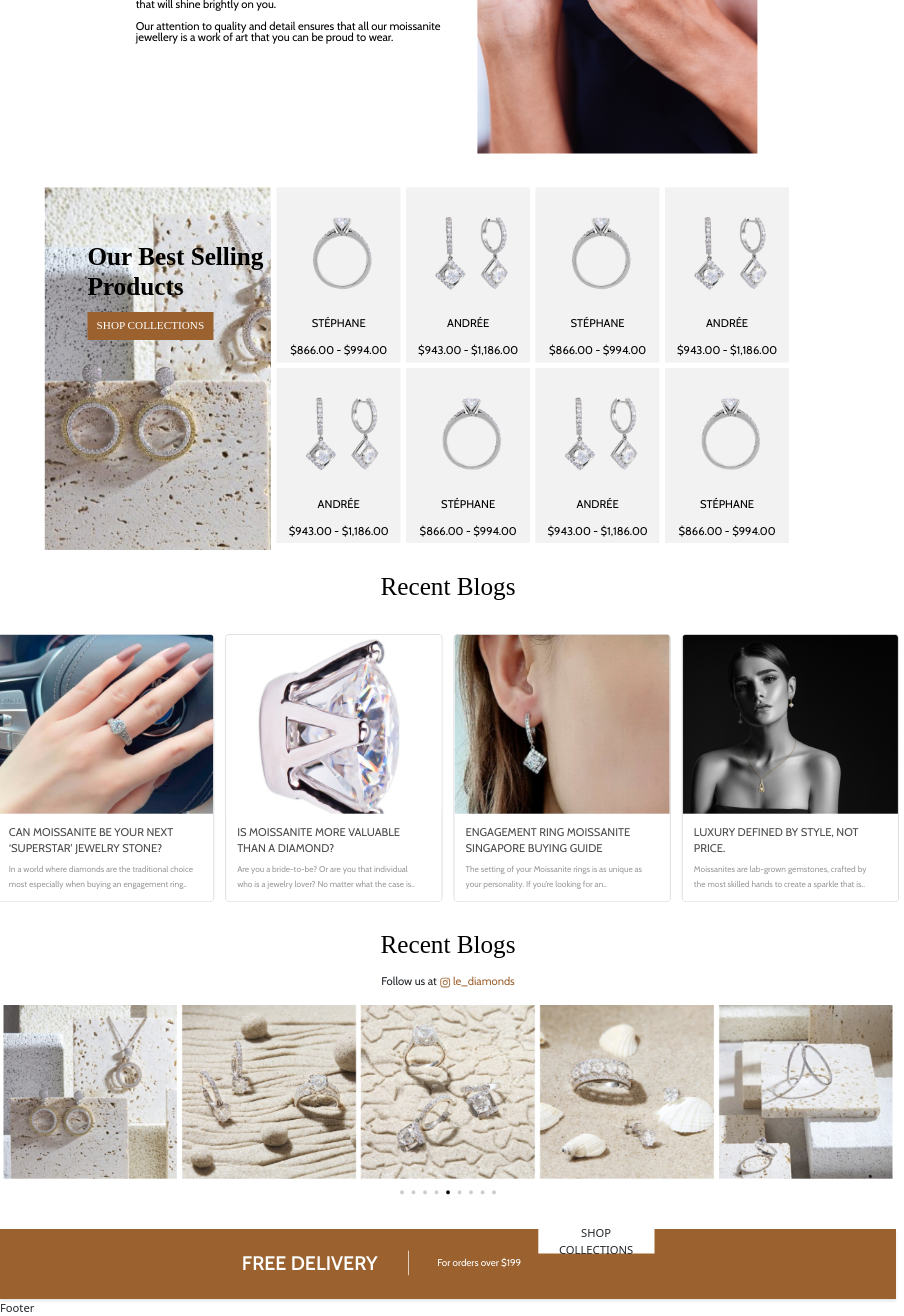
Repository: farrelmuhammad/lediamonds-vi8e
Page: /
The author's editor kept a copy of each file at every save. The page is drawn from the files as they stood at one save, then again after the next save.
The browser window is 1280 px wide. The page is 1292 px wide, so the pictures cover 1292 px, including what lies to the right of the window. The pictures show the part of the page from y = 2074 to 3954 px (the page is 3954 px tall), at 70% of full size.
The project was rebuilt for these pictures with package versions that can differ from the ones it lists, and the page was loaded fresh each time. Also part of the build but not shown: src/App.css.

Above is the page before, as saved 2022-09-17 15:47:05.

### src/index.css
@import url('https://fonts.googleapis.com/css2?family=Cabin:wght@400;500;600&display=swap');

body {
  margin: 0;
  font-family: -apple-system, BlinkMacSystemFont, 'Segoe UI', 'Roboto', 'Oxygen',
    'Ubuntu', 'Cantarell', 'Fira Sans', 'Droid Sans', 'Helvetica Neue',
    sans-serif;
  -webkit-font-smoothing: antialiased;
  -moz-osx-font-smoothing: grayscale;
}

code {
  font-family: source-code-pro, Menlo, Monaco, Consolas, 'Courier New',
    monospace;
}

.icons {
  color: #9B622F;
}

.content {
  justify-content: center;
}

.cat-1 {
  background: url("./assets/images/bg-1.png");
  height: 390px;
  width: 636px;
}

.cat-1 img {
  justify-content: center;
  width: 350px;
  height: 350px;
  margin-top: 1.5rem;
}

.cat-2 {
  background: url("./assets/images/bg-2.png");
  height: 390px;
  width: 636px;
}

.cat-2 img {
  width: 100%;
}

.cat-3 {
  background: url("./assets/images/bg-3.png");
  height: 390px;
  width: 636px;
}

.cat-3 img {
  width: 100%;
}

.cat-4 {
  background: url("./assets/images/bg-4.png");
  height: 390px;
  width: 636px;
}

.cat-4 img {
  justify-content: center;
  width: 350px;
  height: 350px;
  margin-top: 1.5rem;
}

.cat-5 {
  background: url("./assets/images/bg-5.png");
  height: 390px;
  width: 636px;
}

.cat-5 img {
  width: 100%;
}

.hero-content img {
  width: 400px;
  height: 560.68px;
  left: 883px;
  top: 1669px;
}

.container-hero {
  width: 100%;
  height: 516px;
  margin-bottom: 5rem;
  left: -1px;
  top: 95px;
  background: url("./assets/images/Banner.png") top left;
}

.banner {
  justify-content: center;
  padding: 11rem;
}

.text-banner-top {
  margin-left: -29.5rem;
  font: 400 1.5rem Cabin, sans-serif;
}

.text-title-banner {
  font: 500 64px Playfair Display;
}

.text-paragraph-banner {
font-family: 'Cabin';
font-style: normal;
font-weight: 500;
font-size: 12px;
line-height: 15px;
color: #868686;
}

.line {
  width: 25.02px;
height: 1px;
left: 85px;
top: 254.5px;
/* justify-content: center; */
background: #000000;
}

.button-hero {
  justify-content: left;
  width: 175px;
  height: 40px;
  background: #9B622F;
}

.title-category {
  justify-content: center;
}

.text-cat h5 {
  font-family: 'Cabin';
font-style: normal;
font-weight: 700;
font-size: 16px;
line-height: 17px;
color: #000000;
}

.text-cat p {
  font-family: 'Cabin';
  font-style: normal;
  font-weight: 400;
  font-size: 14px;
  line-height: 17px;
  text-decoration-line: underline;
  color: #000000;
}

.text-product h5 {
  font-family: 'Playfair Display';
font-style: normal;
font-weight: 550;
font-size: 30px;
color: #000000;
}

.text-product p {
  font-family: 'Cabin';
font-style: normal;
font-weight: 300;
font-size: 16px;
line-height: 22px;
color: #000000;
}

.best-sell {
  justify-content: left;
}

.left-col {
  background: url("./assets/images/best-sell.png");
  width: 412px;
height: 518px;
left: 85px;
top: 2330px;
margin-left: 4rem;
}

.text-best-sell {
  position: absolute;
width: 266px;
height: 84px;
left: 125px;
top: 2420px;

font-family: 'Playfair Display';
font-style: normal;
font-weight: 600;
font-size: 36px;
line-height: 42px;
/* or 117% */

text-transform: capitalize;

color: #000000;
}

.text-best-sell .button-hero {
  justify-content: left;
  width: 180px;
  height: 40px;
  background: #9B622F;
}

.card-product {
  background: url("./assets/images/bg-product.png");
  width: 100%;
height: 250px;
}

.card-product img {
  width: 180px;
  height: 180px;
  left: 513px;
  top: 2330px;
}

.text-title-blog{
font-family: 'Playfair Display';
font-style: normal;
font-weight: 500;
font-size: 36px;
line-height: 72px;
color: #000000;
}

.card-title {
  width: 272.1px;
height: 44px;
left: 103.69px;
top: 3381.37px;
font-family: 'Cabin';
font-style: normal;
font-weight: 400;
font-size: 16px;
line-height: 22px;
color: #4D4D4D;
}

.card-text{
  width: 263.15px;
height: 41.19px;
left: 103.69px;
top: 3434.46px;
font-family: 'Cabin';
font-style: normal;
font-weight: 400;
font-size: 12px;
line-height: 22px;
color: #9A9A9A;
}

.text-title-small {
font-family: 'Cabin';
font-style: normal;
font-weight: 400;
font-size: 16px;
line-height: 19px;
}

.stick-bar {
  width: 100%;
height: 100px;
left: 0px;
top: 0px;
background: #9B622F;
box-shadow: 0px 4px 4px rgba(0, 0, 0, 0.1);
}

.text-bar h3 {
  width: 196px;
height: 34px;
left: 414px;
top: 33px;

font-family: 'Cabin';
font-style: normal;
font-weight: 700;
font-size: 28px;
line-height: 34px;

margin-top: 2rem;
}

.text-bar p {
  width: 120px;
height: 17px;
left: 697px;
top: 42px;
margin-top: 2.5rem;
font-family: 'Cabin';
font-style: normal;
font-weight: 400;
font-size: 14px;
line-height: 17px;
}

.bar {
  width: 35px;
height: 1px;
left: 654px;
top: 33px;
margin-top: 3rem;
background: #FFFFFF;
transform: rotate(90deg);
}

.button-stickbar {
  justify-content: center;
align-items: center;
padding: 6px 25px;
gap: 10px;

width: 166px;
height: 35px;

background: #FFFFFF;
}

### src/App.js
import logo from './logo.svg';
import './App.css';
import Homepage from './pages/Homepage';

function App() {
  return (
    <>
      <Homepage />
    </>
  );
}

export default App;

### src/pages/Homepage.jsx
import React from "react";
import BestSelling from "../components/BestSelling";
import Blogs from "../components/Blogs";
import Category from "../components/Category";
import Content from "../components/Content";
import Footer from "../components/Footer";
import FreeDelivery from "../components/FreeDelivery";
import GetInspired from "../components/GetInspired";
import Header from "../components/Header";
import Jumbotron from "../components/Jumbotron";
import Products from "../components/Products";

const Homepage = () => {
  return (
    <>
      <Header />
      <Jumbotron />
      <Content />
      <Category />
      <Products />
      <BestSelling />
      <Blogs />
      <GetInspired />
      <FreeDelivery />
      <Footer />
    </>
  );
};

export default Homepage;

### src/components/BestSelling.jsx
import React from "react";
import product1 from "../assets/images/product-5.png";
import product2 from "../assets/images/product-2.png";

const BestSelling = () => {
  return (
    <>
      <div class="d-flex justify-content-center mb-3">
        <div class="p-2 bd-highlight left-col">
          <div className="text-best-sell">
            <p>our Best Selling Products</p>
            <div class="d-flex button-hero">
              <a href="#about" class="btn text-white">
                SHOP COLLECTIONS
              </a>
            </div>
          </div>
        </div>
        <div class="p-0 ms-2 flex-grow-1 bd-highlight">
          <div class="container">
            <div class="row row-cols-5">
              <div class="col p-1 me-2 mb-2 card-product">
                <img src={product1} alt="product 1" />
                <div className="text-product text-center">
                  <p>STÉPHANE</p>
                  <p>$866.00 - $994.00</p>
                </div>
              </div>
              <div class="col p-1 me-2 mb-2 card-product">
                <img src={product2} alt="product 2" />
                <div className="text-product text-center">
                  <p>ANDRÉE</p>
                  <p>$943.00 - $1,186.00</p>
                </div>
              </div>
              <div class="col p-1 me-2 mb-2 card-product">
                <img src={product1} alt="product 1" />
                <div className="text-product text-center">
                  <p>STÉPHANE</p>
                  <p>$866.00 - $994.00</p>
                </div>
              </div>
              <div class="col p-1 me-2 mb-2 card-product">
                <img src={product2} alt="product 2" />
                <div className="text-product text-center">
                  <p>ANDRÉE</p>
                  <p>$943.00 - $1,186.00</p>
                </div>
              </div>
              <div class="col p-1 me-2 mb-2 card-product">
                <img src={product2} alt="product 2" />
                <div className="text-product text-center">
                  <p>ANDRÉE</p>
                  <p>$943.00 - $1,186.00</p>
                </div>
              </div>
              <div class="col p-1 me-2 mb-2 card-product">
                <img src={product1} alt="product 1" />
                <div className="text-product text-center">
                  <p>STÉPHANE</p>
                  <p>$866.00 - $994.00</p>
                </div>
              </div>
              <div class="col p-1 me-2 mb-2 card-product">
                <img src={product2} alt="product 2" />
                <div className="text-product text-center">
                  <p>ANDRÉE</p>
                  <p>$943.00 - $1,186.00</p>
                </div>
              </div>
              <div class="col p-1 me-2 mb-2 card-product">
                <img src={product1} alt="product 1" />
                <div className="text-product text-center">
                  <p>STÉPHANE</p>
                  <p>$866.00 - $994.00</p>
                </div>
              </div>
            </div>
          </div>
        </div>
      </div>
    </>
  );
};

export default BestSelling;

### src/components/Blogs.jsx
import React from "react";
import Blog1 from "../assets/images/blog-1.png";
import Blog2 from "../assets/images/blog-2.png";
import Blog3 from "../assets/images/blog-3.png";
import Blog4 from "../assets/images/blog-4.png";

const Blogs = () => {
  return (
    <>
      <div className="text-center mt-3 mb-4">
        <h3 className="text-title-blog">Recent Blogs</h3>
      </div>
      <div class="d-flex flex-row justify-content-center mb-3">
        <div class="p-2 bd-highlight">
          <div class="card" style={{ width: "310.22px" }}>
            <img src={Blog1} class="card-img-top" alt="..." />
            <div class="card-body">
              <h6 class="card-title">
                CAN MOISSANITE BE YOUR NEXT ‘SUPERSTAR’ JEWELRY STONE?
              </h6>
              <p class="card-text">
                In a world where diamonds are the traditional choice most
                especially when buying an engagement ring..
              </p>
            </div>
          </div>
        </div>
        <div class="p-2 bd-highlight">
          <div class="card" style={{ width: "310.22px" }}>
            <img src={Blog2} class="card-img-top" alt="..." />
            <div class="card-body">
              <h6 class="card-title">
                IS MOISSANITE MORE VALUABLE THAN A DIAMOND?
              </h6>
              <p class="card-text">
                Are you a bride-to-be? Or are you that individual who is a
                jewelry lover? No matter what the case is..
              </p>
            </div>
          </div>
        </div>
        <div class="p-2 bd-highlight">
          <div class="card" style={{ width: "310.22px" }}>
            <img src={Blog3} class="card-img-top" alt="..." />
            <div class="card-body">
              <h6 class="card-title">
                ENGAGEMENT RING MOISSANITE SINGAPORE BUYING GUIDE
              </h6>
              <p class="card-text">
                The setting of your Moissanite rings is as unique as your
                personality. If you’re looking for an..
              </p>
            </div>
          </div>
        </div>
        <div class="p-2 bd-highlight">
          <div class="card" style={{ width: "310.22px" }}>
            <img src={Blog4} class="card-img-top" alt="..." />
            <div class="card-body">
              <h6 class="card-title">LUXURY DEFINED BY STYLE, NOT PRICE.</h6>
              <p class="card-text">
                Moissanites are lab-grown gemstones, crafted by the most skilled
                hands to create a sparkle that is..
              </p>
            </div>
          </div>
        </div>
      </div>
    </>
  );
};

export default Blogs;

### src/components/Category.jsx
import React from "react";
import product1 from "../assets/images/product-1.png";
import product2 from "../assets/images/product-2.png";
import product3 from "../assets/images/product-3.png";
import product4 from "../assets/images/product-4.png";
import product5 from "../assets/images/product-5.png";
import product6 from "../assets/images/product-6.png";

const Category = () => {
  return (
    <>
      <div class="d-flex flex-column bd-highlight justify-content-center text-center mb-3 p-5">
        <div class="p-2 pb-0 bd-highlight">
          <div class="row">
            <div class="col-md-6 text-start cat-1">
              <div class="row">
                <div class="col">
                  <img src={product1} />
                </div>
                <div class="col title-category">
                  <h5>NEW JEWELLERY DESIGN</h5>
                  <p>SHOP NOW</p>
                </div>
              </div>
            </div>
            <div class="col-6 col-md-6">
              <div class="row">
                <div class="col cat-2 text-start">
                  <img src={product2} />
                  <div className="text-cat mt-4">
                    <h5>NEW JEWELLERY DESIGN</h5>
                    <p>SHOP NOW</p>
                  </div>
                </div>
                <div class="col cat-3 text-start">
                  <img src={product3} />
                  <div className="text-cat mt-4">
                    <h5>NEW JEWELLERY DESIGN</h5>
                    <p>SHOP NOW</p>
                  </div>
                </div>
              </div>
            </div>
          </div>
        </div>
        <div class="p-2 pt-0 bd-highlight">
          <div class="row">
            <div class="col text-start cat-3">
              <img src={product4} />
              <div className="text-cat mt-5">
                <h5>NEW JEWELLERY DESIGN</h5>
                <p>SHOP NOW</p>
              </div>
            </div>
            <div class="col-md-6 cat-4">
              <div class="row">
                <div class="col">
                  <img src={product5} />
                </div>
                <div class="col">
                  <h5>NEW JEWELLERY DESIGN</h5>
                  <p>SHOP NOW</p>
                </div>
              </div>
            </div>
            <div class="col cat-5 text-start">
              <img src={product6} />
              <div className="text-cat mt-4">
                <h5>NEW JEWELLERY DESIGN</h5>
                <p>SHOP NOW</p>
              </div>
            </div>
          </div>
        </div>
      </div>
    </>
  );
};

export default Category;

### src/components/Content.jsx
import React from "react";
import {
  FaTruck,
  FaHandshake,
  FaHandHoldingHeart,
  FaCreditCard,
} from "react-icons/fa";

const Content = () => {
  return (
    <>
      {/* <div className="d-flex justify-content-center"> */}
      <div className="row d-flex justify-content-center text-center m-1 p-3 content">
        <div className="col">
          <h5 class="icon-title">
            <FaTruck className="icons me-2 mb-1" />
            FREE DELIVERY
          </h5>
          <p class="icon-caption ms-4 ps-1">For orders over $199</p>
        </div>
        <div className="col">
          <h5 class="icon-title">
            <FaHandshake className="icons me-2 mb-1" />
            30 DAYS RETURN
          </h5>
          <p class="icon-caption ms-4 ps-1">No questions asked</p>
        </div>
        <div className="col">
          <h5 class="icon-title">
            <FaHandHoldingHeart className="icons me-2 mb-1" />
            ETHICALLY MADE
          </h5>
          <p class="icon-caption ms-4 ps-1">From sustainable sources</p>
        </div>
        <div className="col">
          <h5 class="icon-title">
            <FaCreditCard className="icons me-2 mb-1" />
            SECURE PAYMENTS
          </h5>
          <p class="icon-caption ms-4 ps-1 ms-4 ps-1">For a seamless checkout</p>
        </div>
      </div>
      {/* </div> */}
    </>
  );
};

export default Content;

### src/components/FreeDelivery.jsx
import React from "react";

const FreeDelivery = () => {
  return (
    <>
      <div className="stick-bar d-flex justify-content-center mt-5">
        <div class="row">
          <div class="col">
            <div className="text-bar text-white">
              <h3>FREE DELIVERY</h3>
            </div>
          </div>
          <div class="col">
            <div className="bar"></div>
          </div>
          <div class="col">
            <div className="text-bar text-white">
              <p>For orders over $199</p>
            </div>
          </div>
          <div class="col">
            <div class="d-flex button-stickbar">
              <a href="#about" class="btn text-center">
                SHOP COLLECTIONS
              </a>
            </div>
          </div>
        </div>
      </div>
    </>
  );
};

export default FreeDelivery;

### src/components/GetInspired.jsx
import React from "react";
import Carrousel from '../assets/images/carrousel.png';
import { FaInstagram } from "react-icons/fa";

const GetInspired = () => {
  return (
    <>
      <div className="text-center mt-3 mb-4">
        <h3 className="text-title-blog">Recent Blogs</h3>
        <p className="text-title-small">
            Follow us at <span className="icons"><FaInstagram /> le_diamonds</span>
        </p>
      </div>
      <div className="text-center">
        <img src={Carrousel} alt="" />
      </div>
    </>
  );
};

export default GetInspired;

### src/components/Header.jsx
import React from "react";
import Logo from "../assets/images/Logo.png";
import { FaShoppingCart, FaUserAlt } from "react-icons/fa";

const Header = () => {
  return (
    <>
      <nav className="navbar navbar-expand-lg navbar-light bg-light">
        <div className="container-fluid">
          <a className="navbar-brand ms-5" href="#">
            <img src={Logo} alt="Le Diamonds" />
          </a>
          <button
            className="navbar-toggler"
            type="button"
            data-bs-toggle="collapse"
            data-bs-target="#navbarSupportedContent"
            aria-controls="navbarSupportedContent"
            aria-expanded="false"
            aria-label="Toggle navigation"
          >
            <span className="navbar-toggler-icon"></span>
          </button>
          <div className="collapse navbar-collapse" id="navbarSupportedContent">
            <ul className="navbar-nav me-auto mb-2 mb-lg-0">
              <li className="nav-item ms-5">
                <a className="nav-link active" aria-current="page" href="#">
                  Collections
                </a>
              </li>
              <li className="nav-item ms-5">
                <a className="nav-link" href="#">
                  Blogs
                </a>
              </li>
              <li className="nav-item ms-5">
                <a className="nav-link" href="#">
                  Our Story
                </a>
              </li>
            </ul>
            <div className="d-flex">
              <ul className="navbar-nav me-auto mb-2 mb-lg-0">
                <li className="nav-item m-3">
                  FREE DELIVERY FOR ORDERS ABOVE $199
                </li>
                <li className="nav-item icons m-3">
                  <FaShoppingCart />
                </li>
                <li className="nav-item icons m-3">
                  <FaUserAlt />
                </li>
              </ul>
            </div>
          </div>
        </div>
      </nav>
    </>
  );
};

export default Header;

### src/components/Jumbotron.jsx
import React from "react";

const Jumbotron = () => {
  return (
    <>
      <div class="container-hero">
        <div className="banner">
          <div className="row">
            <div className="col">
              <div className="line text-center m-2 p-0"></div>
            </div>
            <div className="col">
              <h5 className="text-banner-top">MORE THAN JUST JEWELLERY</h5>
            </div>
          </div>
          <h2 className="text-title-banner">Elegance & Eternity.</h2>
          <p className="text-paragraph-banner">FINELY CRAFTED LAB-GROWN MOISSANITE JEWELLERY</p>
          <div class="d-flex button-hero">
            <a href="#about" class="btn text-white text-center">
              SHOP COLLECTIONS
            </a>
          </div>
        </div>
      </div>
    </>
  );
};

export default Jumbotron;

### src/components/Products.jsx
import React from "react";
import Hero1 from "../assets/images/hero-1.png"

const Products = () => {
  return (
    <section id="about" class="about section-bg">
      <div class="container" data-aos="fade-up">
        <div class="row ms-5 p-5 justify-content-center">
          <div
            class="col-lg-6 pt-4 pt-lg-0 content d-flex flex-column justify-content-center text-product"
            data-aos="fade-up"
            data-aos-delay="100"
          >
            <h5>Luxury Defined By Style, Not Price.</h5>
            <p className="mt-4 p-1 lh-1">
              Moissanites are lab-grown gemstones, crafted by the most skilled
              hands to create a sparkle that is a class of its own.
              <br />
              <br />
              Every piece of moissanite comes with a certification as a
              testament to its quality. This gemstone is also durable, second
              only to diamonds in terms of hardness. Hence, your fine jewellery
              pieces from Le Diamonds cannot be easily scratched and keep their
              fire well. Due to its hardness, we are also able to create
              dazzling cuts that will shine brightly on you.
              <br />
              <br />
              Our attention to quality and detail ensures that all our
              moissanite jewellery is a work of art that you can be proud to
              wear.
            </p>
          </div>
          <div class="col-lg-6 hero-content" data-aos="fade-right" data-aos-delay="100">
            <img src={Hero1} class="img-fluid" alt="" />
          </div>
        </div>
      </div>
    </section>
  );
};

export default Products;

Loaded but not shown: public/index.html (common file); src/index.js (common file); src/reportWebVitals.js (common file); src/components/Footer.jsx (common file)

After the next save:
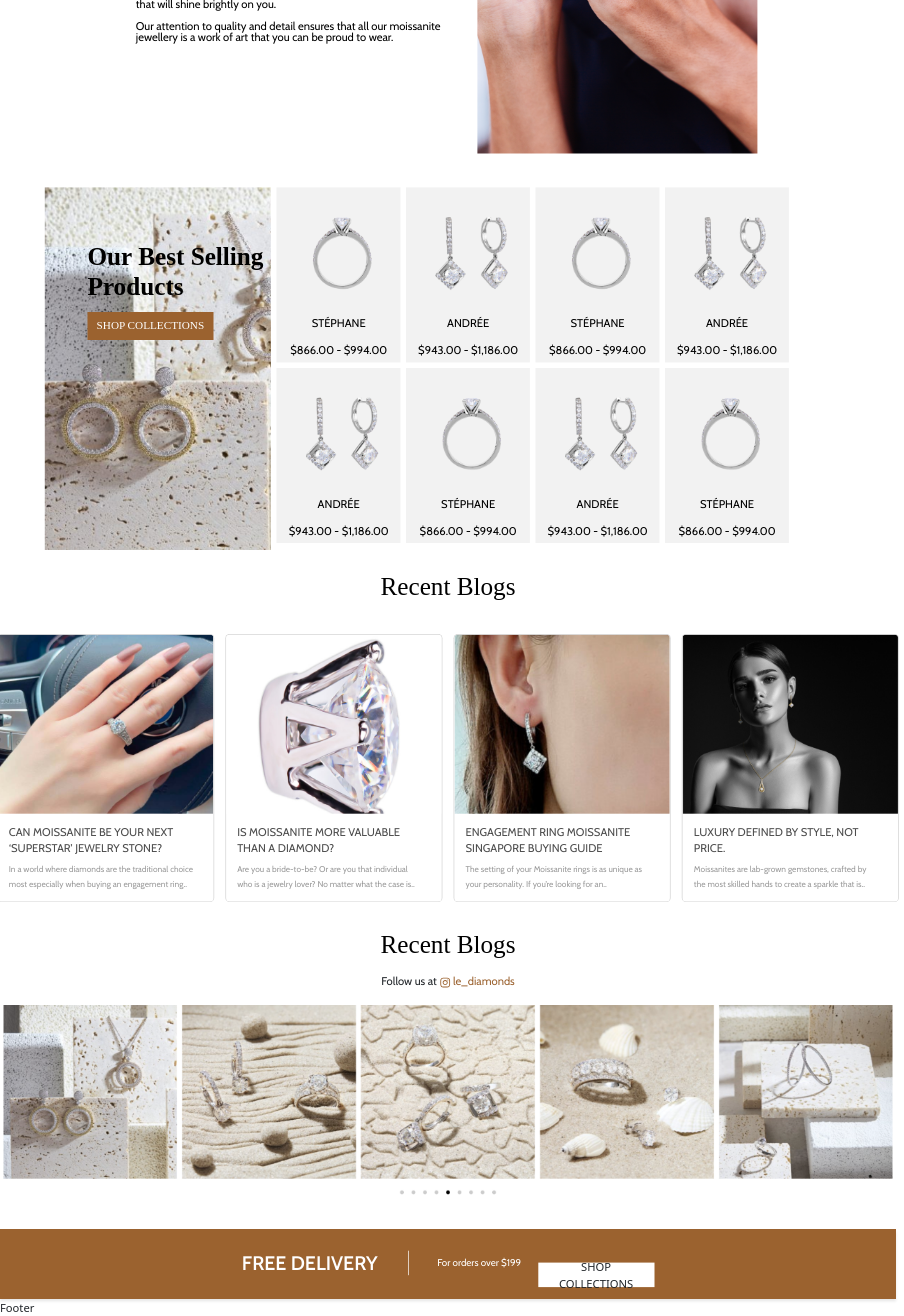
Saved 6 s later.
--- a/src/index.css
+++ b/src/index.css
@@ -323,6 +323,6 @@ gap: 10px;
 
 width: 166px;
 height: 35px;
-
+margin-top: 3rem;
 background: #FFFFFF;
 }
